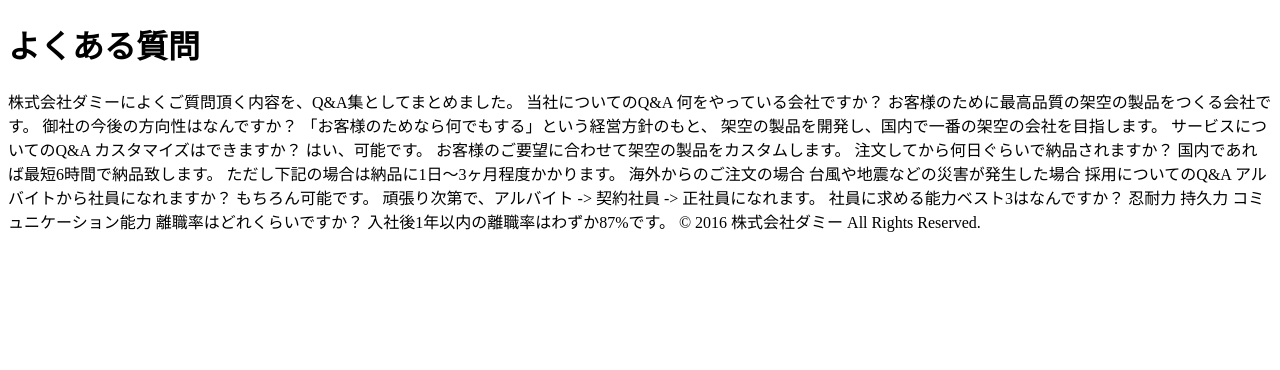
Repository: winc1980/practice-hp2022-wednesday
Page: ruka/practice1.html
An editor plug-in stored every save of this project. The page is shown before and after a run of saves, followed by the edit.
The browser window is 1280 px wide. The pictures show the whole page.

Above is the page before, as saved 2022-05-25 23:51:27.

### ruka/practice1.html
<!DOCTYPE html>
<html lang="ja">
<head>
    <meta charset="UTF-8">
    <meta http-equiv="X-UA-Compatible" content="IE=edge">
    <meta name="viewport" content="width=device-width, initial-scale=1.0">
    <title>よくある質問 | 架空の株式会社ダミー</title>
</head>
<body>
    <h1>
    よくある質問
</h1>
株式会社ダミーによくご質問頂く内容を、Q&A集としてまとめました。

当社についてのQ&A

何をやっている会社ですか？
お客様のために最高品質の架空の製品をつくる会社です。
御社の今後の方向性はなんですか？
「お客様のためなら何でもする」という経営方針のもと、
架空の製品を開発し、国内で一番の架空の会社を目指します。

サービスについてのQ&A

カスタマイズはできますか？
はい、可能です。
お客様のご要望に合わせて架空の製品をカスタムします。
注文してから何日ぐらいで納品されますか？
国内であれば最短6時間で納品致します。
ただし下記の場合は納品に1日〜3ヶ月程度かかります。
海外からのご注文の場合
台風や地震などの災害が発生した場合

採用についてのQ&A
アルバイトから社員になれますか？
もちろん可能です。
頑張り次第で、アルバイト -> 契約社員 -> 正社員になれます。
社員に求める能力ベスト3はなんですか？
忍耐力
持久力
コミュニケーション能力

離職率はどれくらいですか？
入社後1年以内の離職率はわずか87%です。

© 2016 株式会社ダミー All Rights Reserved.
</body>
</html>

After the next 4 saves:
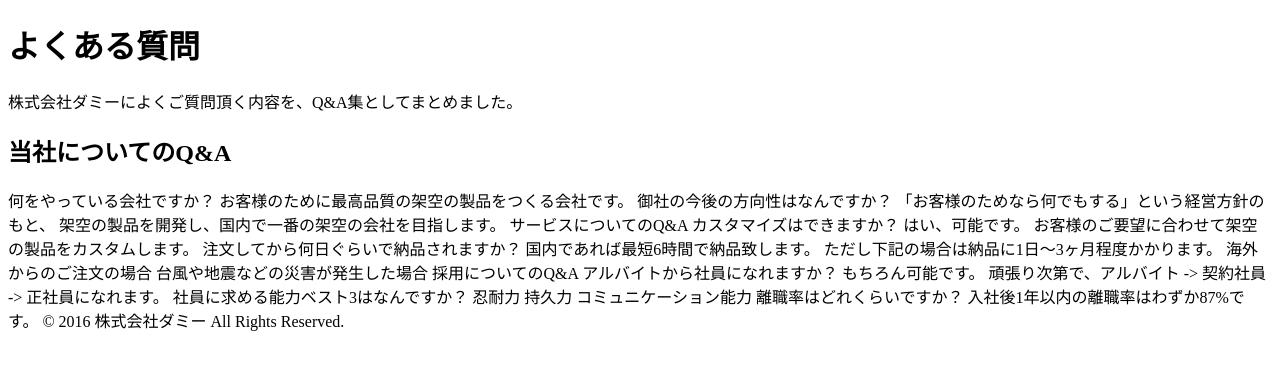
The 4 saves are shown as one change because they came seconds apart.
The last was saved 17 s later.
--- a/ruka/practice1.html
+++ b/ruka/practice1.html
@@ -12,7 +12,9 @@
 </h1>
 株式会社ダミーによくご質問頂く内容を、Q&A集としてまとめました。
 
+<h2>
 当社についてのQ&A
+</h2>
 
 何をやっている会社ですか？
 お客様のために最高品質の架空の製品をつくる会社です。
